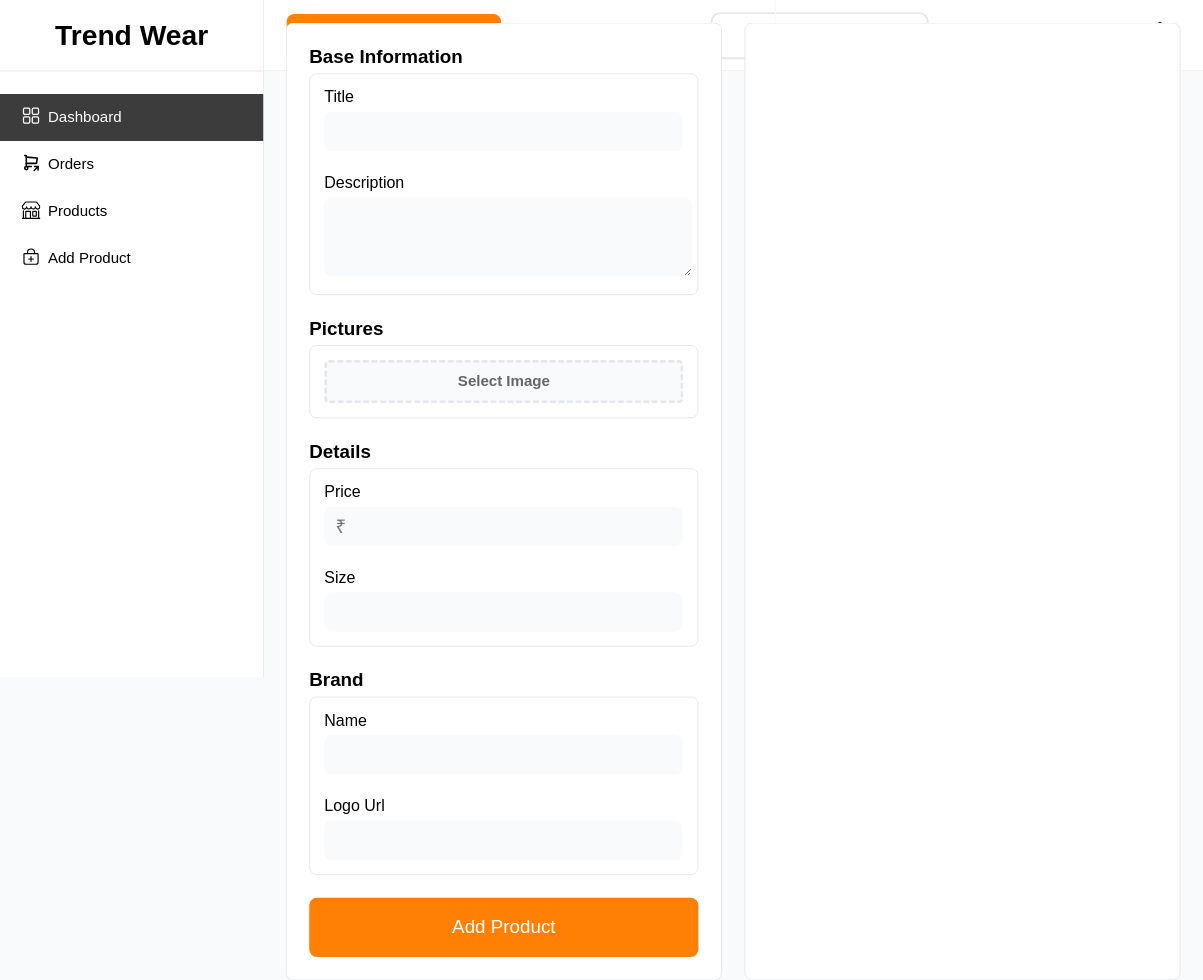
Repository: ahmad-dev7/TrendWear
Page: / (app in trend_wear_dashboard/)
An editor plug-in stored every save of this project. The page is shown before and after the next save, followed by the edit.
The browser window is 1280 px wide. The pictures show the whole page, at 94% of full size.
The project was rebuilt for these pictures with package versions that can differ from the ones it lists, and the page was loaded fresh each time. Also part of the build but not shown: trend_wear_dashboard/vite.config.ts.

Above is the page before, as saved 2025-01-20 13:41:14.

### trend_wear_dashboard/index.html
<!doctype html>
<html lang="en">

<head>
  <meta charset="UTF-8" />
  <link rel="icon" type="image/svg+xml" href="/vite.svg" />
  <meta name="viewport" content="width=device-width, initial-scale=1.0" />
  <title>Trend Wear</title>
</head>

<body>
  <div id="root"></div>
  <script type="module" src="/src/main.tsx"></script>
</body>

</html>

### trend_wear_dashboard/src/main.tsx
import { StrictMode } from "react";
import { createRoot } from "react-dom/client";
//import "bootstrap/dist/css/bootstrap.css";
import "./App.css";
import App from "./App.tsx";

createRoot(document.getElementById("root")!).render(
  <StrictMode>
    <App />
  </StrictMode>
);

### trend_wear_dashboard/src/App.css
body {
    background-color: #F9FAFB;
    padding: 0;
    margin: 0;
    border-color: #e5e7eb;
    font-family: Arial, Helvetica, sans-serif;

}

#parent {
    display: flex;
}

### trend_wear_dashboard/src/App.tsx
import { useState } from "react";
import Body from "./Components/Body/Body";
import Navbar from "./Components/Navbar/Navbar";
import Sidebar from "./Components/Sidebar/Sidebar";
import AddProducts from "./Components/AddProduct/AddProduct";
//import Dashboard from "./Components/Dashboard/Dashboard";

function App() {
  const [body, setBody] = useState("Dashboard");

  console.log(body);

  return (
    <div id="parent">
      <Sidebar onSelectTab={setBody} />
      <div style={{ flex: 1 }}>
        <Navbar />
        <Body>
          <AddProducts />
        </Body>
      </div>
    </div>
  );
}

export default App;

### trend_wear_dashboard/src/Components/Body/Body.tsx
// Body.tsx
import "./Body.css";

interface Props {
  children: React.ReactNode;
}

const Body = ({ children }: Props) => {
  return <div id="body-content">{children}</div>;
};

export default Body;

### trend_wear_dashboard/src/Components/Navbar/Navbar.tsx
import "./Navbar.css";
import { FaRegBell } from "react-icons/fa6";

const Navbar = () => {
  return (
    <div>
      <div id="top-navbar">
        <div className="nav-item add-product-button">Add Product</div>
        <input className="nav-item" placeholder="Search" type="text" />
        <FaRegBell className="nav-item icon"></FaRegBell>
      </div>
    </div>
  );
};

export default Navbar;

### trend_wear_dashboard/src/Components/Sidebar/Sidebar.tsx
import "./Sidebar.css";
import { RxDashboard } from "react-icons/rx";
import { TbShoppingCartShare } from "react-icons/tb";
import { BsShop } from "react-icons/bs";
import { IoBagAddOutline } from "react-icons/io5";
import { useState } from "react";

interface Props {
  onSelectTab: (tab: string) => void;
}

interface Tabs {
  icon: JSX.Element;
  label: string;
}

const Sidebar = ({ onSelectTab }: Props) => {
  const tabs: Tabs[] = [
    { label: "Dashboard", icon: <RxDashboard size={20} /> },
    { label: "Orders", icon: <TbShoppingCartShare size={20} /> },
    { label: "Products", icon: <BsShop size={20} /> },
    { label: "Add Product", icon: <IoBagAddOutline size={20} /> },
  ];

  const [active, setTab] = useState("Dashboard");

  return (
    <div id="layout">
      <div id="sidebar">
        <div className="header">Trend Wear</div>
        <ul id="sidebar-content">
          {tabs.map((tab) => (
            <li
              key={tab.label}
              className={"tab " + (tab.label == active && "active")}
              onClick={() => {
                setTab(tab.label);
                onSelectTab(tab.label);
              }}
            >
              <div className="icon">{tab.icon}</div>
              <div className="label">{tab.label}</div>
            </li>
          ))}
        </ul>
      </div>
    </div>
  );
};

export default Sidebar;

### trend_wear_dashboard/src/Components/AddProduct/AddProduct.tsx
import "./AddProduct.css";
import ProductDetails from "./ProductDetails";
import ProductPreview from "./ProductPreview";
const AddProduct = () => {
  return (
    <div className="parent">
      <div className="child details-container">
        <ProductDetails />
      </div>

      <div className="child preview-container">
        <ProductPreview />
      </div>
    </div>
  );
};

export default AddProduct;

### trend_wear_dashboard/src/Components/Body/Body.css
#body-content {
    display: flex;
    flex-direction: column;
    margin: 24px;
    /* To make content body at center */
    left: 280px;
    position: relative;
    max-width: calc(100% - (280px + 48px));
    /* To make content body at center */
    height: 100vh;
    width: calc(100% - 48px);
    box-sizing: border-box;
}

### trend_wear_dashboard/src/Components/Navbar/Navbar.css
#top-navbar {
    display: flex;
    justify-content: space-between;
    align-items: center;
    /* padding: 0 24px; */
    background-color: white;
    height: 75px;
    width: calc(100% - 280px);
    left: 281px;
    position: fixed;
    border-bottom: 1px solid #e5e7eb;
}

.nav-item {
    font-size: 16px;
    color: #333;
    text-align: center;
    width: 200px;
    border-radius: 8px;
    padding: 14px;
    text-decoration: none;
}

.add-product-button {
    color: white;
    margin-left: 24px;
    background-color: #ff8005;
}

#top-navbar input {
    border: none;
    outline: 2px solid #e5e7eb;
    flex-grow: 1;
    max-width: 200px;
}

#top-navbar .icon {
    height: 30px;
    width: 30px;
    margin-right: 24px;
}

### trend_wear_dashboard/src/Components/Sidebar/Sidebar.css
/* Sidebar.css */
#sidebar {
    background-color: white;
    width: 280px;
    height: 100vh;
    position: fixed;
    border-right: 1px solid #e5e7eb;
}

#sidebar .header {
    display: flex;
    justify-content: center;
    align-items: center;
    height: 75px;
    font-size: 30px;
    font-weight: bold;
    background-color: white;
    text-align: center;
    border-bottom: 1px solid #e5e7eb;
}

#sidebar-content {
    list-style-type: none;
    margin-top: 24px;
    padding: 0;
    cursor: pointer;
}

#sidebar-content .tab {
    height: 50px;
    color: black;
    display: flex;
    align-items: center;
    padding-left: 15px;
}

.icon {
    padding: 8px;
}

#sidebar-content .active {
    background-color: #3c3c3c;
    color: white;
}

#sidebar-content .tab:hover:not(.active) {
    background-color: #e5e7eb;
}

### trend_wear_dashboard/src/Components/AddProduct/AddProduct.css
/* AddProduct.css */
.parent {
    display: flex;
    width: 100%;
    gap: 24px;
    box-sizing: border-box;
}

.child {
    flex: 1;
    text-align: center;
    background-color: white;
    border: 1px solid #e5e7eb;
    border-radius: 8px;
}

.preview-container {
    height: 300px5
}

#submit-product-button {
    padding: 14px;
    height: 35px;
    background-color: #ff8005;
    justify-content: center;
    align-items: center;
    display: flex;
    font-size: 20px;
    text-align: center;
    color: white;
    border-radius: 8px;
}

### trend_wear_dashboard/src/Components/AddProduct/ProductDetails.tsx
import "./ProductDetails.css";
import Spacer from "../../Constants/Spacer";
import DetailsSectionContainer from "../../Constants/ProductDetailSection/DetailsSectionContainer";
import LabeledInputField from "../../Constants/LabeledInputField/LabeledInputField";
import LabeledTextArea from "../../Constants/LabeledInputField/LabeledTextarea";
import AddImage from "../../Constants/AddImage/AddImage";

const ProductDetails = () => {
  return (
    <>
      <div className="product-detail-container">
        <DetailsSectionContainer heading="Base Information">
          <LabeledInputField>Title</LabeledInputField>
          <Spacer height="24px" />
          <LabeledTextArea>Description</LabeledTextArea>
        </DetailsSectionContainer>
        <Spacer height="24px" />

        <DetailsSectionContainer heading="Pictures">
          <AddImage />
        </DetailsSectionContainer>
        <Spacer height="24px" />
        <DetailsSectionContainer heading="Details">
          <LabeledInputField placeHolder="₹">Price</LabeledInputField>
          <Spacer height="24px" />
          <LabeledInputField>Size</LabeledInputField>
        </DetailsSectionContainer>

        <Spacer height="24px" />
        <DetailsSectionContainer heading="Brand">
          <LabeledInputField>Name</LabeledInputField>
          <Spacer height="24px" />
          <LabeledInputField>Logo Url</LabeledInputField>
        </DetailsSectionContainer>
        <Spacer height="24px" />
        <div id="submit-product-button">Add Product</div>
      </div>
    </>
  );
};

export default ProductDetails;

### trend_wear_dashboard/src/Components/AddProduct/ProductPreview.tsx
const ProductPreview = () => {
  return <div> </div>;
};

export default ProductPreview;

### trend_wear_dashboard/src/Components/AddProduct/ProductDetails.css
.product-detail-container {
    margin: 0px;
    padding: 24px;
    text-align: start;
}

/* Parent container to hold the items in a row */
.picture-container-parent {
    display: flex;
    /* Enable flexbox */
    justify-content: space-between;
    /* Optional: space between items, adjust as needed */
    gap: 16px;
    /* Optional: adds space between items */
}

/* Style for each img-container */
.img-container {
    flex: 1;
    /* Adjust width as needed */
    height: 100px;
    /* Adjust height as needed */
    background-color: #e5e7eb;
    /* Optional: background color */
    border-radius: 8px;
    display: flex;
    align-items: center;
    text-align: center;
    justify-content: center;
}

.picture-container-parent .add-more {
    border: dashed 2px #e5e7eb;

}

### trend_wear_dashboard/src/Constants/Spacer.tsx
interface Props {
  height?: string;
  width?: string;
}

const Spacer = ({ height = "0px", width = "0px" }: Props) => {
  return <div style={{ height: height, width: width }}></div>;
};

export default Spacer;

### trend_wear_dashboard/src/Constants/ProductDetailSection/DetailsSectionContainer.tsx
import "./ProductDetailSection.css";

interface Props {
  children: React.ReactNode;
  heading: string;
}

const DetailsSectionContainer = ({ children, heading }: Props) => {
  return (
    <>
      <p id="details-section-container-heading">{heading}</p>
      <div id="details-section-container">{children}</div>
    </>
  );
};

export default DetailsSectionContainer;

### trend_wear_dashboard/src/Constants/LabeledInputField/LabeledInputField.tsx
import "./LabeledInputField.css";
interface Props {
  children: React.ReactNode;
  placeHolder?: string;
}

const LabeledInputField = ({ placeHolder, children }: Props) => {
  return (
    <>
      <p id="input-field-label">{children}</p>

      <input placeholder={placeHolder} id="input-field" type="text" />
    </>
  );
};

export default LabeledInputField;

### trend_wear_dashboard/src/Constants/LabeledInputField/LabeledTextarea.tsx
interface Props {
  children: React.ReactNode;
}

const LabeledTextArea = ({ children }: Props) => {
  return (
    <>
      <p id="input-field-label">{children}</p>
      <textarea id="input-field-textarea" />
    </>
  );
};

export default LabeledTextArea;

### trend_wear_dashboard/src/Constants/AddImage/AddImage.tsx
import React, { useState } from "react";

interface ImagePreview {
  id: string;
  url: string;
}

const AddImage: React.FC = () => {
  const [images, setImages] = useState<ImagePreview[]>([]);

  const handleImageChange = (e: React.ChangeEvent<HTMLInputElement>) => {
    const files = e.target.files;
    if (!files) return;

    const newImages: ImagePreview[] = Array.from(files).map((file) => ({
      id: URL.createObjectURL(file), // Temporary unique identifier
      url: URL.createObjectURL(file),
    }));

    setImages((prevImages) => [...prevImages, ...newImages]);
  };

  const handleRemoveImage = (id: string) => {
    setImages((prevImages) => prevImages.filter((image) => image.id !== id));
  };

  return (
    <div className="picture-container-parent" style={styles.parent}>
      {images.map((image) => (
        <div key={image.id} style={styles.previewContainer}>
          <img src={image.url} alt="preview" style={styles.imagePreview} />
          <button
            onClick={() => handleRemoveImage(image.id)}
            style={styles.removeButton}
          >
            ✕
          </button>
        </div>
      ))}
      <div style={styles.inputContainer}>
        <label style={styles.inputLabel}>
          Select Image
          <input
            type="file"
            accept="image/*"
            multiple
            onChange={handleImageChange}
            style={styles.input}
          />
        </label>
      </div>
    </div>
  );
};

const styles = {
  parent: {
    display: "flex",
    flexWrap: "wrap",
    gap: "10px", // Gap between the items
    alignItems: "center",
    justifyContent: "flex-start", // Align items to the start of the row
  },
  inputContainer: {
    width: "100%",
    height: "40px",
    backgroundColor: "#F9FAFB",
    border: "3px dashed #e5e7eb",
    borderRadius: "5px",
    display: "flex",
    justifyContent: "center",
    alignItems: "center",
    cursor: "pointer",
    position: "relative",
  },
  inputLabel: {
    width: "100%",
    height: "100%",
    display: "flex",
    justifyContent: "center",
    alignItems: "center",
    color: "#666",
    fontWeight: "bold",
  },
  input: {
    position: "absolute",
    opacity: 0,
    width: "100%",
    height: "100%",
    cursor: "pointer",
  },
  previewContainer: {
    position: "relative",
    width: "90px",
    height: "50px",
  },
  imagePreview: {
    width: "100%",
    height: "100%",
    objectFit: "cover",
    borderRadius: "5px",
    border: "1px solid #ccc",
  },
  removeButton: {
    position: "absolute",
    top: "-5px",
    right: "-5px",
    background: "#f00",
    color: "#fff",
    border: "none",
    borderRadius: "50%",
    width: "20px",
    height: "20px",
    cursor: "pointer",
    fontSize: "12px",
    display: "flex",
    justifyContent: "center",
    alignItems: "center",
  },
} as const;

export default AddImage;

### trend_wear_dashboard/src/Constants/ProductDetailSection/ProductDetailSection.css
#details-section-container-heading {
    margin: 0px;
    margin-bottom: 6px;
    font-size: 20px;
    font-weight: 700;
}

#details-section-container {
    border: 1px solid #e5e7eb;
    padding: 15px;
    background-color: white;
    border-radius: 8px;
}

### trend_wear_dashboard/src/Constants/LabeledInputField/LabeledInputField.css
#input-field-label {
    margin: 0px;
    font-size: 17px;
    font-weight: 500;
    margin-bottom: 5px;
}

#input-field,
#input-field-textarea {
    border: none;
    outline: none;
    width: calc(100% - 15px);
    height: 40px;
    font-size: 20px;
    border-radius: 8px;
    padding-left: 12px;
    background-color: #F9FAFB;
}

#input-field-textarea {
    height: 60px;
    padding: 12px;
}

After the next save:
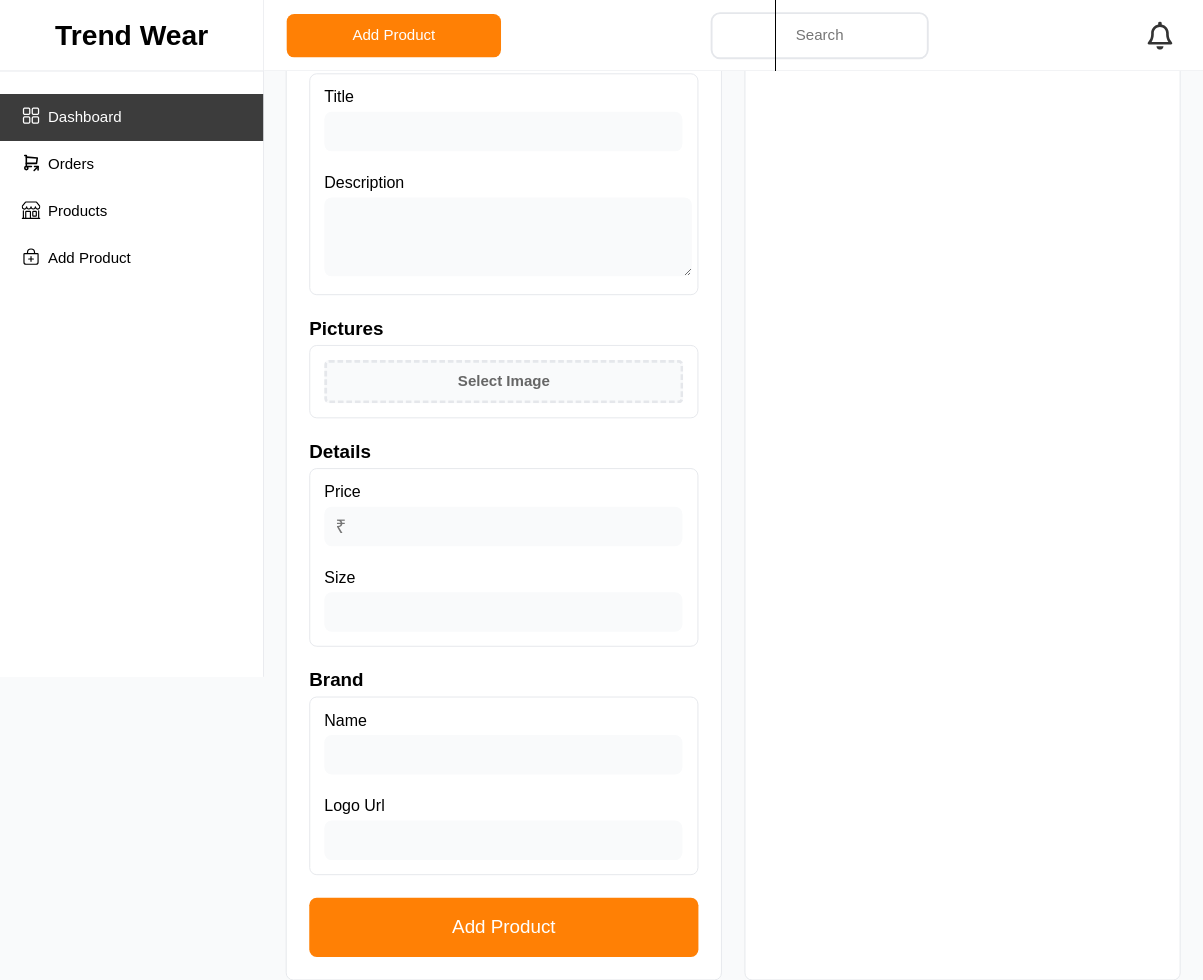
Saved 18 s later.
--- a/trend_wear_dashboard/src/Components/Navbar/Navbar.css
+++ b/trend_wear_dashboard/src/Components/Navbar/Navbar.css
@@ -8,6 +8,7 @@
     width: calc(100% - 280px);
     left: 281px;
     position: fixed;
+    z-index: 1;
     border-bottom: 1px solid #e5e7eb;
 }
 
